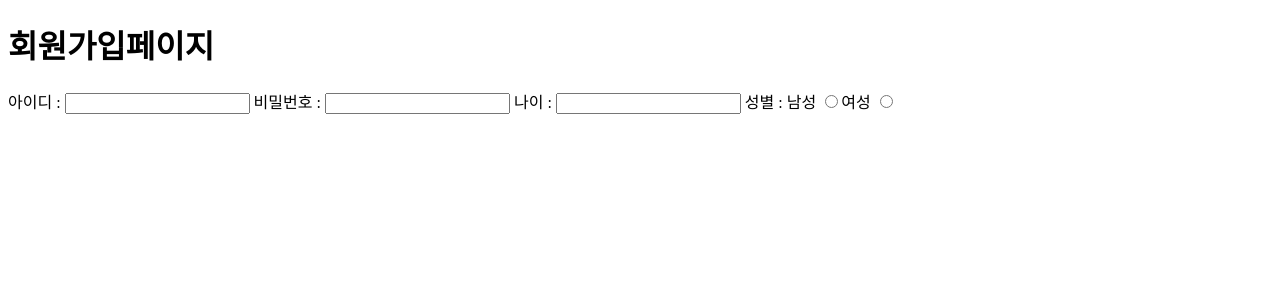
Repository: emthrology/servertest
Page: http://localhost/practices/views/member/join.jsp
An editor plug-in stored every save of this project. The page is shown before and after the next save, followed by the edit.
The browser window is 1280 px wide. The pictures show the whole page.
The page is served by Tomcat 9. Other server files are loaded and not shown.

Above is the page before, as saved 2019-05-17 02:03:47.

### apache/practices/WebContent/views/member/join.jsp
<%@ page language="java" contentType="text/html; charset=UTF-8"
    pageEncoding="UTF-8"%>
<!DOCTYPE html>
<html>
<head>
<meta charset="UTF-8">
<title>회원가입</title>
</head>
<body>
	<h1>회원가입페이지</h1>
	<form action="/join" method="post">
		아이디 : <input type="text" name="memberId">
		비밀번호 : <input type="text" name="memberPw">
		나이 : <input type="text" name="age">
		성별 : 남성 <input type="radio" name="sex" value="1" >여성 <input type="radio" name="sex" value="2" >
	</form>
</body>
</html>

After the next save:
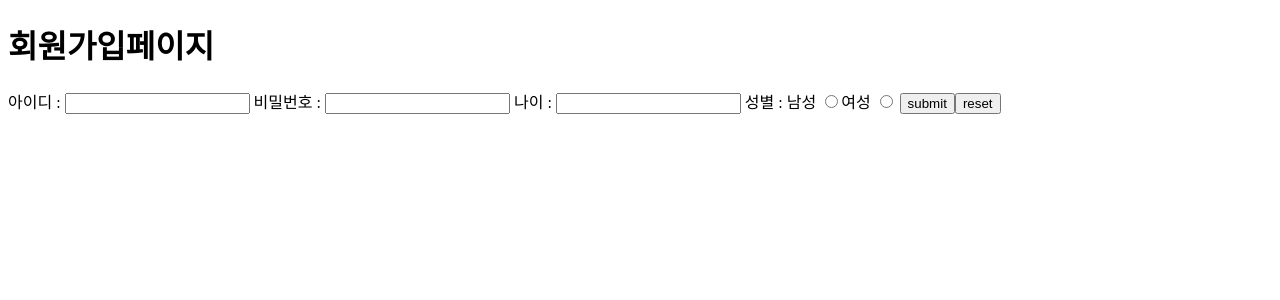
Saved 2 min 15 s later.
--- a/apache/practices/WebContent/views/member/join.jsp
+++ b/apache/practices/WebContent/views/member/join.jsp
@@ -13,6 +13,7 @@
 		비밀번호 : <input type="text" name="memberPw">
 		나이 : <input type="text" name="age">
 		성별 : 남성 <input type="radio" name="sex" value="1" >여성 <input type="radio" name="sex" value="2" >
+		<input type="submit" value="submit"><input type="reset" value="reset">
 	</form>
 </body>
 </html>
